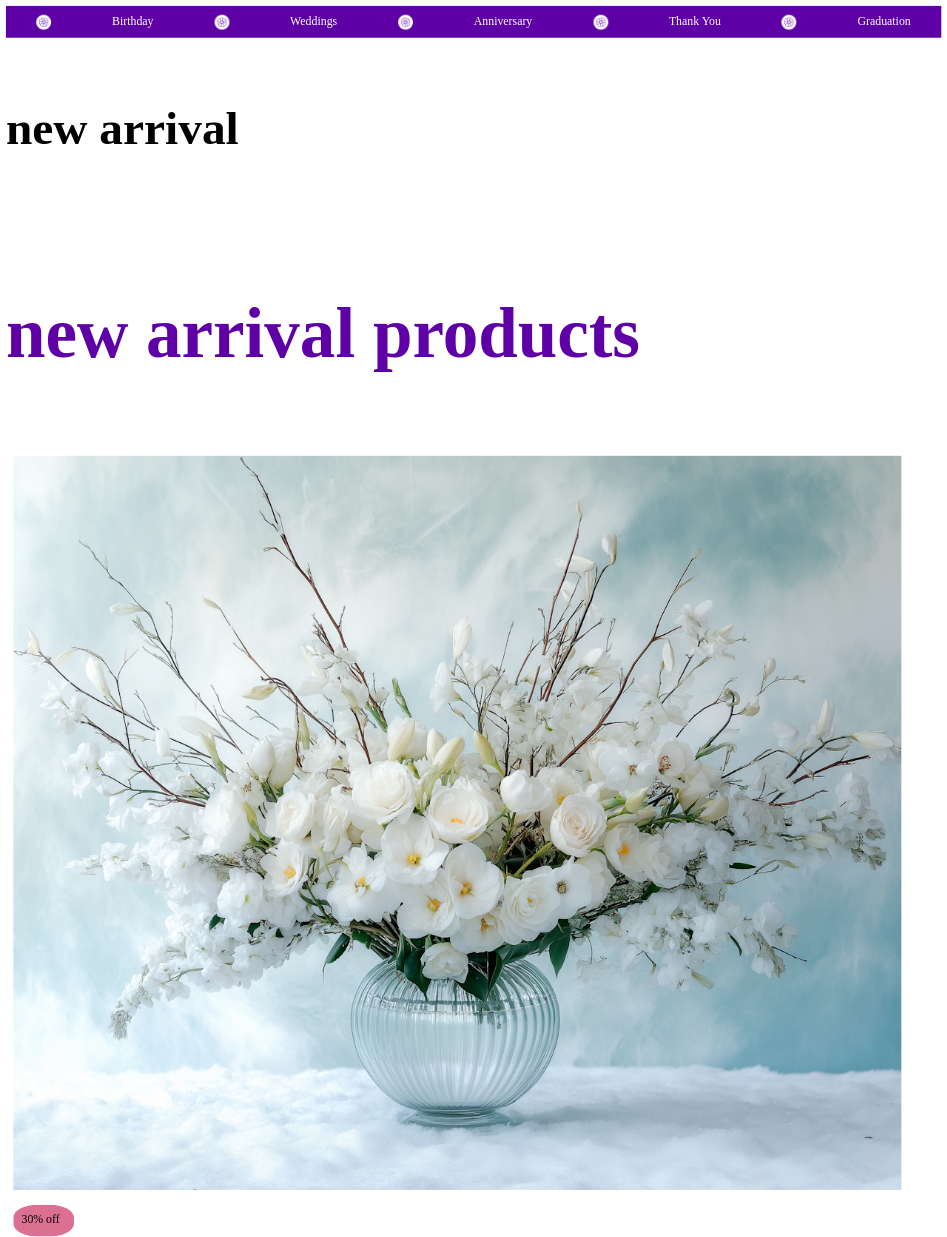
Repository: KolawoleTemilade/classroom-learning
Page: newarrival/index.html
The author's editor kept a copy of each file at every save. The page is drawn from the files as they stood at one save, then again after a run of saves.
The browser window is 1280 px wide. The pictures show the whole page, at 74% of full size.

Above is the page before, as saved 2025-10-01 18:09:31.

### newarrival/index.html
<!DOCTYPE html>
<html lang="en">
  <head>
    <meta charset="UTF-8" />
    <meta name="viewport" content="width=h, initial-scale=1.0" />
    <title>new arrival</title>
    <link rel="stylesheet" href="style.css" />
  </head>
  <body>
    <section class="">
    <div class="marq-sect">
      <div class="marque">
        <img
          src="../newarrival/images/icons/marqueflower.png"
          alt="flower-icon"
          width="20"
          height="20"
        />
        <span>birthday</span>
        <img
          src="../newarrival/images/icons/marqueflower.png"
          alt="flower-icon"
          width="20"
          height="20"
        />
        <span>weddings</span>
        <img
          src="../newarrival/images/icons/marqueflower.png"
          alt="flower-icon"
          width="20"
          height="20"
        />
        <span>anniversary</span>
        <img
          src="../newarrival/images/icons/marqueflower.png"
          alt="flower-icon"
          width="20"
          height="20"
        />
        <span>thank you</span>
        <img
          src="../newarrival/images/icons/marqueflower.png"
          alt="flower-icon"
          width="20"
          height="20"
        />
        <span>graduation</span>
      </div>
    </div>
    <div class="new-arrival-sect">
      <h4>new arrival</h4>
      <h2>new arrival <span>products</span></h2>
      <div class="new-arrival-product-card">
        <div class="product-card">
          <div class="img-sect">
            <img src="./images/new-arrival/flower1.png" alt="flower1" />
            <div class="absolute-container">
              <p class="slash">30% off</p>
            </div>
          </div>
          <div class="text-sect"></div>
        </div>
      </div>
    </div>
</section>
  </body>
</html>

### newarrival/style.css
.marq-sect{
    background-color: #5E00A6;
    height:6vh;
    width: 100%;
    align-content: center;
}
.marque {
    display: flex;
    align-content: center;
    justify-content:space-around ;
}
.marque > span {
    text-transform: capitalize;
    color: white;
}
.new-arrival-sect {
    display: flex;
    flex-direction: column;
    gap: 20px;
}
.new-arrival-sect >h4{
    font-size: 4rem;
}
.new-arrival-sect > h2 {
    font-size: 6rem;
}
.new-arrival-sect > h2 {
    color: #5E00A6;
}
.product-card {
    display: flex;
    padding: 10px;
    background: white;
}
.img-sect {
    position: relative;
}
.absolute-container > p{
    /* width: 100%; */
}
.slash {
    position: absolute;
    top: left;
    background: palevioletred;
    padding: 10px;
    width: 5%;
    height: 3vh;
    border: 1px solid transparent;
    border-radius: 40%;
}

After the next 2 saves:
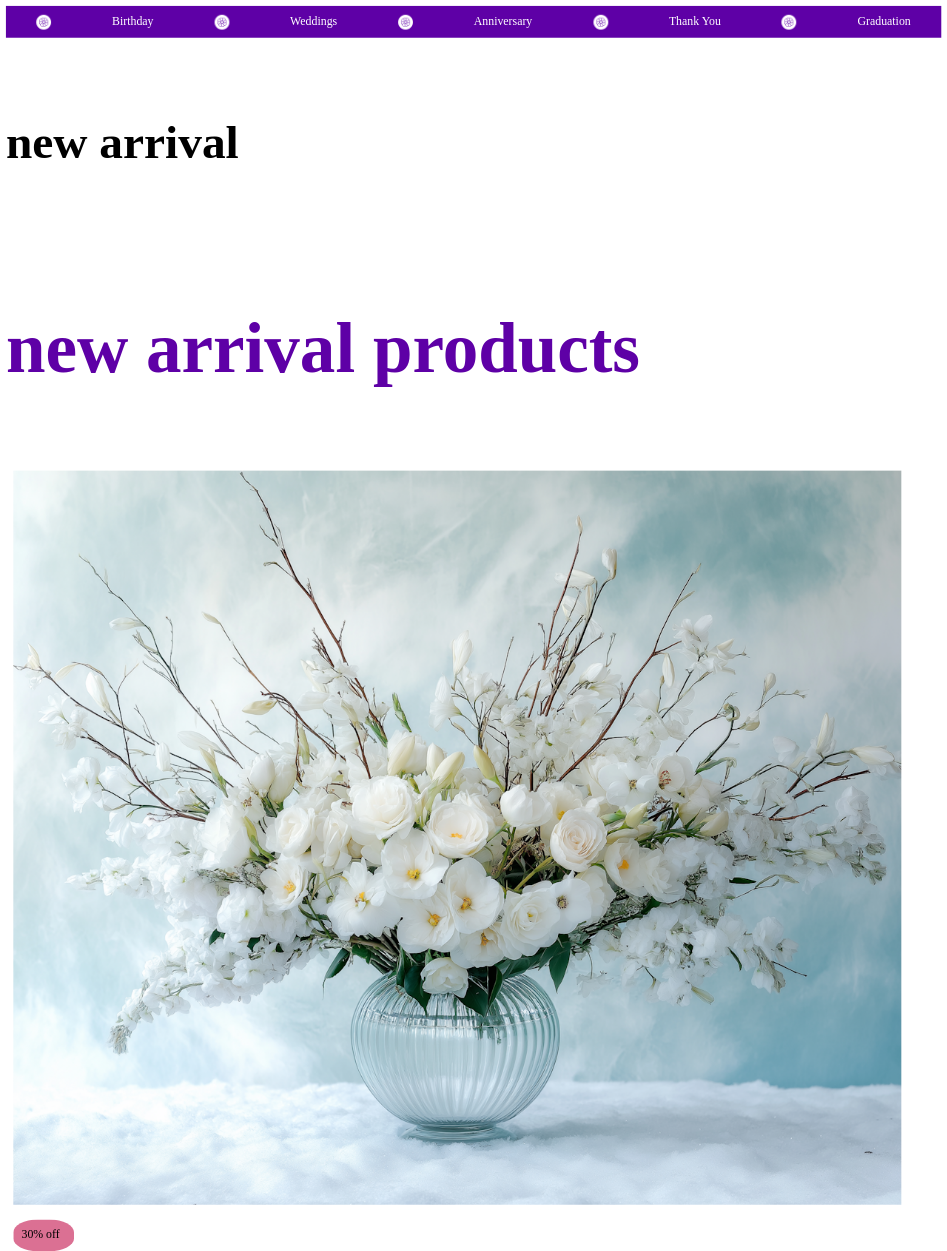
The 2 saves are shown as one change because they came seconds apart.
The last was saved 25 s later.
--- a/newarrival/index.html
+++ b/newarrival/index.html
@@ -7,7 +7,7 @@
     <link rel="stylesheet" href="style.css" />
   </head>
   <body>
-    <section class="">
+    <section class="new-arrival-sect">
     <div class="marq-sect">
       <div class="marque">
         <img
